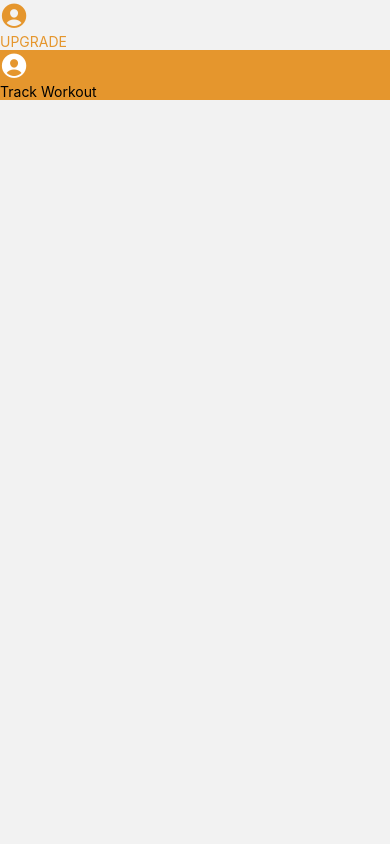
Repository: katjalmarko/React-Native-Fitness-App-with-Subscription
Screen: /
The author's editor kept a copy of each file at every save. The screen is drawn from the files as they stood at one save, then again after the next save.
Pictures or frames that could not be fetched are drawn as grey boxes. The app was drawn by React Native's web renderer in a window 390 px wide. The project was rebuilt for these pictures with package versions that can differ from the ones it lists, and the page was loaded fresh each time.

Above is the screen before, as saved 2023-05-08 17:57:55.

### App.tsx
import { StatusBar } from 'expo-status-bar';
import { SafeAreaView, Text } from 'react-native';
import { NavigationContainer } from '@react-navigation/native';
import { createNativeStackNavigator } from '@react-navigation/native-stack';
import HomeScreen from './screens/HomeScreen';

const Stack = createNativeStackNavigator();

export default function App() {
  return (
    <NavigationContainer>
      <Stack.Navigator>
        <Stack.Screen
        options={{
          headerShown: false
        }}
        name="Home" component={HomeScreen} />
      </Stack.Navigator>
    </NavigationContainer>
  );
}

### screens/HomeScreen.tsx
import { Text, SafeAreaView, Image, TouchableOpacity, ScrollView } from 'react-native'
import { Ionicons } from '@expo/vector-icons';
import ActionRow from '../components/ActionRow';

const HomeScreen = () => {
  return (
    <SafeAreaView className='flex-1 bg-gray-100 relative'>
      {/* Scroll Zatiaľ nefunguje pre Android */}
      <ScrollView>
        {/* PRO/UPGRADE Button */}
        <TouchableOpacity className='absolute z-50 top-5 right-10 items-center'>
          <Ionicons name="person-circle" size={30} color="#E5962D" />
          <Text className='text-center' style={{color:"#E5962D"}}>UPGRADE</Text>
        </TouchableOpacity>

        <Image
          source={{ uri: "https://i.imgur.com/e14NE49.png" }}
          className='w-full h-64'
        />

        {/* ActionRow */}
        <ActionRow
          title="Track Workout"
          screen="Demo"
          color="#E5962D"
          icon="fitness"
          vertical
        />

        {/* ActionRow */}
        {/* ActionRow */}
        {/* ActionRow */}
        {/* ActionRow */}

      </ScrollView>
    </SafeAreaView>
  )
}

export default HomeScreen

### components/ActionRow.tsx
import { TouchableOpacity, Text } from 'react-native'
import { Ionicons } from '@expo/vector-icons';

type Props = {
  title: string;
  screen: any;
  color: string;
  requiresPro?: boolean;
  icon?: any;
  vertical?: boolean;
};

const ActionRow = ({ title, screen, color, requiresPro, icon, vertical }: Props) => {
  return (
    <TouchableOpacity className='' style={{ backgroundColor: color }}>
      <Ionicons name="person-circle" size={30} color="white" />
      <Text>{title}</Text>
    </TouchableOpacity>
  )
}

export default ActionRow

After the next save:
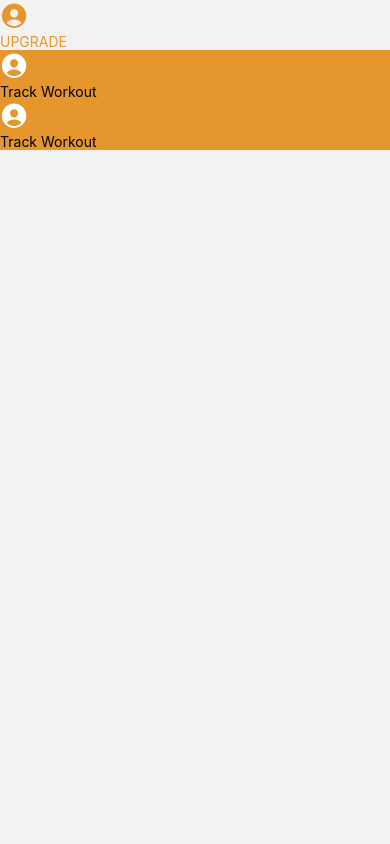
Saved 54 s later.
--- a/screens/HomeScreen.tsx
+++ b/screens/HomeScreen.tsx
@@ -26,6 +26,13 @@ const HomeScreen = () => {
           icon="fitness"
           vertical
         />
+        <ActionRow
+          title="Track Workout"
+          screen="Demo"
+          color="#E5962D"
+          icon="fitness"
+          vertical
+        />
 
         {/* ActionRow */}
         {/* ActionRow */}
